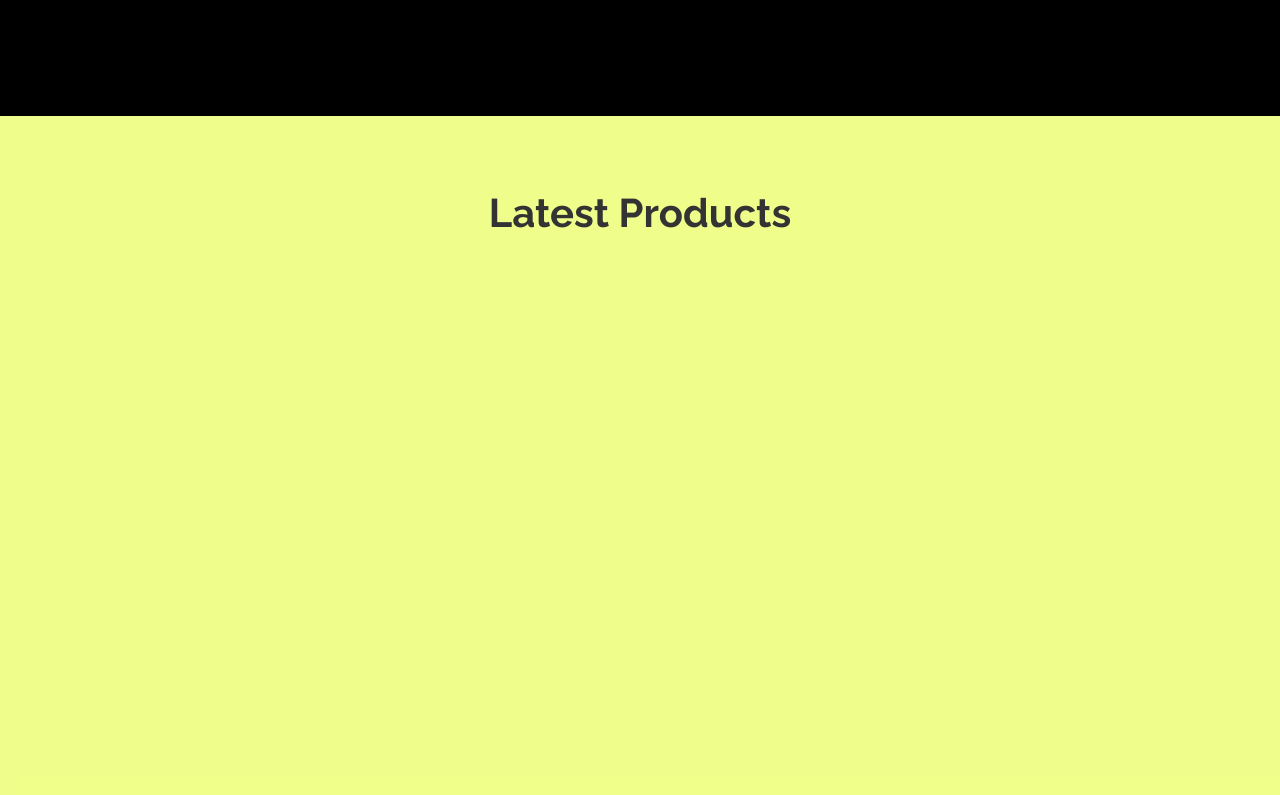
Repository: EphrahimLaanyu123/fashi_onfeet
Page: /
These files come from the project's save history. The page is drawn as it stood at one moment and after the next save; the edit follows.
The browser window is 1280 px wide. The pictures show the part of the page from y = 1416 to 2211 px (the page is 3752 px tall before and 6402 px after).
Pictures or frames that could not be fetched are drawn as grey boxes. The page's requests for data from a server got no answer. Backgrounds fixed to the window are drawn as part of the page. Some web fonts or font styles are not loaded; a fallback is used. The project was rebuilt for these pictures with package versions that can differ from the ones it lists, and the page was loaded fresh each time. No one was signed in, and anything a server would have sent is missing. Also part of the build but not shown: vite.config.js, src/index.css, src/Shop/supabaseClient.js, src/Shop/components/Product.jsx, src/Shop/Shop.jsx, src/Shop/components/AddForm.css, src/Shop/components/AddProductForm.jsx, src/Shop/components/Cart.jsx and 1 more.

Above is the page before, as saved 2025-04-26 16:00:24.

### src/main.jsx
import { StrictMode } from 'react'
import { createRoot } from 'react-dom/client'
import './index.css'
import App from './App.jsx'
import 'slick-carousel/slick/slick.css';
import 'slick-carousel/slick/slick-theme.css';


createRoot(document.getElementById('root')).render(
  <StrictMode>
    <App />
  </StrictMode>,
)

### src/App.jsx
// src/App.js
import React from 'react';
import { BrowserRouter as Router, Routes, Route } from 'react-router-dom';
import './App.css';

import Home from './Home/Home';
import Products from './Home/components/Products';
import Shop from './Shop/Shop';
import AddForm from './Shop/components/AddProductForm';
import Cart from './Shop/components/Cart';
import Auth from './Auth/Auth';
import Fashi from './Home/Fashi';

function App() {
  return (
    <Router>
      <div className="App">
        <Routes>
          <Route path="/" element={<Fashi />} />
          <Route path="/auth" element={<Auth />} />
          <Route path="/shop" element={<Shop />} />
          <Route path="/add" element={<AddForm />} />
          <Route path="/cart" element={<Cart/>} />
          {/* 404 fallback */}
        </Routes>
      </div>
    </Router>
  );
}

export default App;

### src/App.css
/* index.css or main.css */
body, html {
    margin: 0;
    padding: 0;
  }

### src/Home/Home.jsx
import React from "react";
import "./Home.css"; // Import the CSS file
import Navbar from "../Navbar";

const Home = () => {
  return (
    <div className="home-container">
      <Navbar></Navbar>
      <div className="unique-container">
        <div className="image-wrapper-1">
          <div className="image-wrapper-text">
          <h1>Elevate Your Style</h1>
          <h2>FashionFeet is Your Gateway to Exclusive Kicks</h2>
          <button></button>
          </div>
        </div>
        <div className="image-wrapper-2">
        </div>
      </div>
    </div>
  );
};

export default Home;

### src/Home/components/Products.jsx
import { useEffect, useState } from 'react';
import { createClient } from '@supabase/supabase-js';
import Slider from 'react-slick';
import './Products.css';
import FadeSection from './FadeSection';

const supabaseUrl = import.meta.env.VITE_SUPABASE_URL;
const supabaseKey = import.meta.env.VITE_SUPABASE_ANON_KEY;
const supabase = createClient(supabaseUrl, supabaseKey);

const Products = () => {
  const [products, setProducts] = useState([]);
  const [fadeOpacity, setFadeOpacity] = useState(0); // Start with 0 opacity
  const [isVisible, setIsVisible] = useState(false);

  useEffect(() => {
    const fetchLatestProducts = async () => {
      const { data, error } = await supabase
        .from('products')
        .select('id, name, description, price, product_images(image_path)')
        .order('created_at', { ascending: false })
        .limit(6);

      if (error) {
        console.error('Error fetching products:', error.message);
      } else {
        setProducts(data);
      }
    };

    fetchLatestProducts();
  }, []);

  useEffect(() => {
    const handleScroll = () => {
      const scrollY = window.scrollY;
      const fadeStart = 200; // Adjust when the fade effect starts
      const fadeEnd = 500;   // Adjust when the fade effect fully ends
      const opacity = Math.min(1, Math.max(0, (scrollY - fadeStart) / (fadeEnd - fadeStart)));
      setFadeOpacity(opacity);

      // Determine if the fade content is in full view
      const fadeSection = document.querySelector('.fade-section');
      if (fadeSection) {
        const rect = fadeSection.getBoundingClientRect();
        setIsVisible(rect.top <= window.innerHeight && rect.bottom >= 0);
      }
    };

    window.addEventListener('scroll', handleScroll);
    return () => window.removeEventListener('scroll', handleScroll);
  }, []);

  const settings = {
    dots: false,
    infinite: true,
    speed: 500,
    slidesToShow: 3,
    slidesToScroll: 1,
    responsive: [
      { breakpoint: 1024, settings: { slidesToShow: 2 } },
      { breakpoint: 768, settings: { slidesToShow: 1 } },
    ],
  };

  return (
    <div className="products-wrapper">
      <h2 className="products-title">Latest Products</h2>
      <Slider {...settings} className="slider">
        {products.map((product) => (
          <div key={product.id} className="product-card-home">
            <img
              src={
                product.product_images?.[0]
                  ? `${supabaseUrl}/storage/v1/object/public/product-images/${product.product_images[0].image_path}`
                  : 'https://via.placeholder.com/300'
              }
              alt={product.name}
              className="product-image"
            />
            <div className="product-info">
              <h3 className="product-name">{product.name}</h3>
              <p className="product-description">{product.description}</p>
              <p className="product-price">Ksh {product.price}</p>
            </div>
          </div>
        ))}
      </Slider>
      <FadeSection></FadeSection>

    </div>
  );
};

export default Products;

### src/Home/Fashi.jsx
import React from 'react'
import Home from './Home'
import Products from './components/Products'
import ParallaxSection from './components/ParallaxSection'
import Footer from '../Footer'

const Fashi = () => {
  return (
    <div>
      <Home></Home>
      <Products></Products>
      <ParallaxSection></ParallaxSection>
      <Footer></Footer>

    </div>
  )
}

export default Fashi

### src/Home/Home.css
@import url('https://fonts.googleapis.com/css2?family=Oranienbaum&display=swap');


.home-container {
  display: flex;
  flex-direction: column;
  align-items: center;
  justify-content: center;
  min-height: 100vh;
  background-color: #000000;
  padding: 20px;
  overflow-x: hidden;
}

.home-title {
  font-size: 2rem;
  font-weight: bold;
  text-align: center;
  margin-bottom: 20px;
}

.unique-container {
  width: 100vw;
  display: flex;
  justify-content: center;
  padding-top: 6rem;
  padding-bottom: 6rem;
}


.image-wrapper-1 {
  display: flex;
  flex-direction: column;
  width: 65%;
  height: 1300px;
  background-image: url('https://static.wixstatic.com/media/bc439c_81f0e108fef742289cca2a608af8d3c1~mv2.jpg');
  background-size: cover;
  background-position: center;
  background-attachment: fixed;
  background-repeat: no-repeat;
}

.image-wrapper-2 {
  display: flex;
  justify-content: center;
  align-items: center;
  width: 35%;
  height: 1300px;
  background-image: url('https://static.wixstatic.com/media/bc439c_01f9dcb9288c449084b2625be71b7a54~mv2.jpg');
  background-size: contain;
  background-position: center;
  background-attachment: fixed;
}

@media (max-width: 768px) {
  .image-container {
    flex-direction: column;
    align-items: center;
  }

  .image-wrapper-1,
  .image-wrapper-2 {
    width: 80%;
    max-width: 100%;
    background-attachment: scroll; /* Ensure no parallax on small screens */
  }
}

.image-wrapper-text {
  display: flex;
  flex-direction: column;
  padding: 2rem;
}


.image-wrapper-1 h1 {
  font-size: 10rem;
  color: white;
  text-shadow: 2px 2px 8px rgba(255, 255, 255, 0.3);
  text-align: left;
  font-family: "Oranienbaum", serif;

}

.image-wrapper-1 h2 {
  font-size: 2rem;
  color: #f0eaea;
  text-shadow: 1px 1px 6px rgba(255, 255, 255, 0.2);
  text-align: left;
  max-width: 80%;
}

### src/Navbar.jsx
import React from 'react'
import './Navbar.css'

const Navbar = () => {
  return (
    <nav className="navbar">
      <div className="navbar-left">fashi_<span>onfeet</span></div>

      <div className="navbar-center">
        <a href="/" className="nav-link">Home</a>
        <a href="/shop" className="nav-link">Shop</a>
      </div>

      <div className="navbar-right">
        <a href="/cart" className="cart-icon">🛒</a>
      </div>
    </nav>
  )
}

export default Navbar

### src/Home/components/Products.css
.products-wrapper {
  padding: 40px 20px;
  background-color: #EFFE8A;
  font-family: "Raleway", sans-serif;
  overflow-x: hidden;
  position: relative; /* Needed for absolute positioning of children if necessary */
}

.products-title {
  text-align: center;
  font-size: 2.5rem;
  font-weight: bold;
  margin-bottom: 40px;
  color: #333;
}
.slider {
  display: flex;
  gap: 60px;
  height: 500px; /* Set fixed height */
  align-items: center; /* Ensure slides are vertically centered */
  overflow: hidden; /* prevents content inside from leaking out */

}

.slick-slide {
  display: flex;
  justify-content: center;
  padding: 0 10px; /* Optional: Add space around each slide */
}

.product-card-home {
  background-color: #F7FFC5;
  overflow: hidden;
  transition: box-shadow 0.3s ease;
  height: 450px;
  width: 100%; /* Ensure each card takes full width of its slide */
  display: flex;
  flex-direction: column;
  border: 2px solid black; /* Add a 2px solid black border */
  box-sizing: border-box; /* Ensures border doesn't affect the overall size of the card */
}


.product-card-home:hover {
  box-shadow: 0 4px 20px rgba(0, 0, 0, 0.2);
}

.product-image {
  width: 100%;
  height: 65%; /* Increase image height to cover most of the card */
  object-fit: cover;
}

.product-info {
  padding: 16px;
  font-size: 1rem; /* Adjust font size to be smaller for better balance */
  flex-grow: 1; /* Ensure the product info takes the remaining space */
  display: flex;
  flex-direction: column;
  justify-content: flex-end; /* Align the text towards the bottom */
}

.product-name {
  font-size: 1.3rem; /* Adjust font size for better balance */
  margin: 0 0 8px;
  color: #333;
}

.product-description {
  font-size: 1rem;
  color: #666;
}

.product-price {
  font-weight: bold;
  font-size: 1.5rem; /* Adjust font size */
  color: #000;
}

/* Slick Carousel styling */
.slick-slide {
  display: flex;
  justify-content: center;
  padding: 0 10px; /* Adding horizontal padding for spacing between cards */
}

.slick-prev, .slick-next {
  z-index: 1;
}


/* Responsive design */
@media (max-width: 1024px) {
  .products-wrapper {
    padding: 20px;
  }
}

@media (max-width: 768px) {
  .products-wrapper {
    padding: 10px;
  }
}

### src/Home/components/FadeSection.jsx
import { useEffect, useState, useRef } from 'react';
import './FadeSection.css';

const FadeSection = () => {
  const [isVisible, setIsVisible] = useState(false);
  const [scrollProgress, setScrollProgress] = useState(0);
  const sectionRef = useRef(null);

  useEffect(() => {
    const handleScroll = () => {
      if (!sectionRef.current) return;

      const sectionTop = sectionRef.current.getBoundingClientRect().top;
      const windowHeight = window.innerHeight;

      const visibility = Math.max(0, Math.min(1, 1 - sectionTop / windowHeight));
      setScrollProgress(visibility);
      setIsVisible(visibility > 0.1);
    };

    window.addEventListener('scroll', handleScroll);
    handleScroll();

    return () => window.removeEventListener('scroll', handleScroll);
  }, []);

  return (
    <div
      ref={sectionRef}
      className="fade-section"
      style={{
        backgroundColor: `rgba(239, 254, 138, ${scrollProgress})`,
      }}
    >
      <div
        className={`fade-content ${isVisible ? 'visible' : ''}`}
        style={{
          opacity: scrollProgress,
          transform: `translateY(${(1 - scrollProgress) * 50}px)`,
        }}
      >
        <div className="image-background-wrapper">
          <img
            src="https://static.wixstatic.com/media/bc439c_cb372cc97203439cba9f64c8f15cf5c3~mv2.jpg"
            alt="Background"
            className="background-img"
          />
          <div className="overlay" />
          <div className="overlay-content">
            <p>Discover a wide variety of items tailored just for you.</p>
            <button className="explore-button">View All Products</button>
          </div>
        </div>
      </div>
    </div>
  );
};

export default FadeSection;

### src/Shop/components/Cart.css
.cart-container {
    padding: 20px;
    font-family: Arial, sans-serif;
  }

  h2 {
    margin-bottom: 20px;
  }

  .cart-items {
    display: flex;
    flex-direction: column;
    gap: 20px;
  }

  .cart-item {
    display: flex;
    gap: 20px;
    border: 1px solid #ddd;
    padding: 10px;
    border-radius: 8px;
  }

  .cart-item-image {
    width: 100px;
    height: 100px;
    object-fit: cover;
  }

  .cart-item-details {
    flex: 1;
  }

  .cart-total {
    margin-top: 30px;
    font-size: 18px;
    font-weight: bold;
  }

  .checkout-btn {
    margin-top: 10px;
    padding: 10px 20px;
    background-color: #2196f3;
    color: white;
    border: none;
    border-radius: 5px;
    cursor: pointer;
  }

  .checkout-btn:hover {
    background-color: #1976d2;
  }

### src/Home/components/ParallaxSection.jsx
import { useEffect, useRef } from 'react';
import './ParallaxSection.css';

function ParallaxSection() {
  const leftImageRef = useRef(null);
  const rightImageRef = useRef(null);

  useEffect(() => {
    const handleScroll = () => {
      const scrollPosition = window.scrollY;
      const sectionOffset = leftImageRef.current?.getBoundingClientRect().top + window.scrollY || 0;

      // Only apply parallax effect when the section is in view
      if (leftImageRef.current && rightImageRef.current) {
        const relativeScroll = Math.max(0, scrollPosition - sectionOffset);
        leftImageRef.current.style.transform = `translateY(${relativeScroll * 0.2}px)`;
        rightImageRef.current.style.transform = `translateY(${relativeScroll * 0.4}px)`;
      }
    };

    window.addEventListener('scroll', handleScroll);

    return () => {
      window.removeEventListener('scroll', handleScroll);
    };
  }, []);

  return (
    <div className="parallax-container">
      <div className="parallax-section">
      <div className="image-container left">
  <div className="parallax-wrapper">
    <div
      className="parallax-image"
      ref={leftImageRef}
      style={{ backgroundImage: 'url("https://static.wixstatic.com/media/bc439c_cb372cc97203439cba9f64c8f15cf5c3~mv2.jpg")' }}
    />
    <div className="parallax-text top">Inspiring Innovation</div>
  </div>
</div>

<div className="image-container right">
  <div className="parallax-wrapper">
    <div
      className="parallax-image"
      ref={rightImageRef}
      style={{ backgroundImage: 'url("https://static.wixstatic.com/media/bc439c_f673244f98014114a7e469d7769acfa2~mv2.jpg")' }}
    />
    <div className="parallax-text bottom">Crafted With Passion</div>
  </div>
</div>

      </div>



      <div className="scroll-indicator">
        <span></span>
      </div>


    </div>
  );
}

export default ParallaxSection;

### src/Footer.jsx
import React from 'react'
import "./Footer.css"

const Footer = () => {
  return (
    <div className='footer'>
      <div className="footer-container"> {/* New wrapper */}
        <section className="footer-left">
          <ul className="links">
            <li>Privacy Policy</li>
            <li>Accessibility Statement</li>
            <li>Shipping Policy</li>
            <li>Terms & Conditions</li>
            <li>Refund Policy</li>
          </ul>
        </section>

        <section className="footer-right">
          <p>Stay connected with us</p>
          <p>0712345678</p>
          <p>fashionfeet.com</p>
          <p>Nairobi, Kenya</p>
          <ul className="socials">
            {/* Social icons can go here */}
          </ul>
        </section>
      </div>
      <section className="footer-bottom">
        <p>Fashionfeet</p>
      </section>
    </div>
  )
}

export default Footer

### src/Navbar.css
.navbar {
  position: fixed;
  top: 0;
  left: 0;
  width: 100%;
  z-index: 1000; /* Make sure it stays on top */
  display: flex;
  justify-content: space-between;
  align-items: center;
  background-color: #000;
  color: white;
  padding: 0.75rem 1.5rem;
  font-family: sans-serif;
  box-shadow: 0 2px 5px rgba(0, 0, 0, 0.3); /* Optional: adds shadow for separation */
}


  .navbar-left {
    font-weight: bold;
    font-size: 1.2rem;
  }

  .navbar-left span {
    color: #fff;
  }

  .navbar-center {
    display: flex;
    gap: 2rem;
  }

  .nav-link {
    color: white;
    text-decoration: none;
    font-size: 1rem;
  }

  .nav-link:hover {
    text-decoration: underline;
  }

  .navbar-right .cart-icon {
    font-size: 1.3rem;
    text-decoration: none;
    color: white;
  }

  .cart-icon:hover {
    opacity: 0.8;
  }

### src/Home/components/FadeSection.css
.fade-section {
    width: 100vw;
    display: flex;
    align-items: center;
    justify-content: center;
    transition: background-color 0.4s ease-out;
  }

  .fade-content {
    padding: 0;
    text-align: center;
    max-width: 95%;
    height: 400px;
    margin: 0 auto;
    opacity: 0;
    transform: translateY(50px);
    transition: opacity 0.5s ease, transform 0.5s ease;
    width: 100%; /* Full width for content */
  }

  .fade-content.visible {
    opacity: 1;
    transform: translateY(0);
  }

  .image-background-wrapper {
    position: relative;
    width: 100%;
    height: 100%;
    overflow: hidden;
    box-shadow: 0 10px 30px rgba(0, 0, 0, 0.05);
    border: 2px solid black;
  }

  .background-img {
    position: absolute;
    top: 0;
    left: 0;
    width: 100%;
    height: 100%;
    object-fit: cover;
    z-index: 1;
  }

  .overlay {
    position: absolute;
    top: 0; left: 0;
    width: 100%;
    height: 100%;
    background: rgba(0, 0, 0, 0.4); /* Optional dark overlay */
    z-index: 2;
  }

  .overlay-content {
    position: relative;
    z-index: 3;
    height: 100%;
    display: flex;
    flex-direction: column;
    justify-content: center;
    align-items: center;
    color: white;
    padding: 2rem;
  }

  .overlay-content p {
    font-size: 1.5rem;
    margin-bottom: 1.5rem;
    line-height: 1.6;
    text-align: center;
  }

  .explore-button {
    background-color: white;
    color: #333;
    border: 2px solid #333;
    padding: 12px 24px;
    font-size: 1rem;
    font-weight: 600;
    cursor: pointer;
    transition: all 0.3s ease;
    border-radius: 6px;
  }

  .explore-button:hover {
    background-color: #333;
    color: white;
  }

  @media (max-width: 768px) {
    .overlay-content {
      padding: 1.5rem;
    }

    .overlay-content p {
      font-size: 1rem;
    }
  }

### src/Home/components/ParallaxSection.css
html {
    scroll-behavior: smooth;
  }

  .parallax-container {
    width: 100%;
    position: relative;
    margin-top: 50px;
    overflow-x: hidden;
  }

  .parallax-section {
    display: flex;
    height: 100vh;
    width: 100vw;
    position: relative;
    overflow: hidden;
  }

  .image-container {
    width: 50%;
    height: 100%;
    overflow: hidden;
    position: relative;
  }

  .left {
    left: 0;
  }

  .right {
    right: 0;
  }

  .parallax-image {
    width: 100%;
    height: 120%;
    background-size: cover;
    background-position: center;
    position: absolute;
    top: 0;
    will-change: transform;
  }

  .content-section {
    height: 100vh;
    display: flex;
    flex-direction: column;
    justify-content: center;
    align-items: center;
    position: absolute;
    top: 0;
    left: 0;
    width: 100%;
    background: rgba(0, 0, 0, 0.3);
    color: #fff;
    text-align: center;
    z-index: 1;
  }

  .content-section h1 {
    font-size: 4rem;
    margin-bottom: 0.5rem;
    font-weight: 700;
    letter-spacing: -0.03em;
    text-shadow: 0 2px 10px rgba(0, 0, 0, 0.3);
  }

  .content-section p {
    font-size: 1.5rem;
    font-weight: 300;
    max-width: 600px;
    line-height: 1.4;
    margin: 0 auto;
    padding: 0 20px;
    text-shadow: 0 1px 5px rgba(0, 0, 0, 0.5);
  }

  .scroll-indicator {
    position: absolute;
    bottom: 40px;
    left: 50%;
    transform: translateX(-50%);
    height: 50px;
    width: 30px;
    display: flex;
    justify-content: center;
    z-index: 10;
  }

  .scroll-indicator span {
    width: 8px;
    height: 8px;
    background: #fff;
    border-radius: 50%;
    animation: scrollIndicator 2s infinite;
    opacity: 0.8;
  }

  @keyframes scrollIndicator {
    0% {
      transform: translateY(0);
      opacity: 0.8;
    }
    50% {
      transform: translateY(20px);
      opacity: 0.4;
    }
    100% {
      transform: translateY(0);
      opacity: 0.8;
    }
  }

  .additional-content {
    min-height: 100vh;
    padding: 80px 5%;
    background: #fff;
    position: relative;
    z-index: 2;
  }

  .section {
    max-width: 800px;
    margin: 0 auto 80px;
    padding: 40px;
    border-radius: 8px;
    background: #f8f8f8;
    box-shadow: 0 4px 30px rgba(0, 0, 0, 0.05);
    transition: transform 0.3s ease, box-shadow 0.3s ease;
  }

  .section:hover {
    transform: translateY(-5px);
    box-shadow: 0 8px 40px rgba(0, 0, 0, 0.1);
  }

  .section h2 {
    font-size: 2rem;
    margin-bottom: 20px;
    color: #111;
    font-weight: 600;
    letter-spacing: -0.02em;
  }

  .section p {
    font-size: 1.1rem;
    line-height: 1.6;
    color: #444;
    font-weight: 400;
  }

  @media (max-width: 768px) {
    .parallax-section {
      flex-direction: column;
      height: 200vh;
    }

    .image-container {
      width: 100%;
      height: 50%;
    }

    .content-section h1 {
      font-size: 3rem;
    }

    .content-section p {
      font-size: 1.2rem;
    }

    .section h2 {
      font-size: 1.8rem;
    }

    .section p {
      font-size: 1rem;
    }
  }



  .parallax-wrapper {
    position: relative;
    width: 100%;
    height: 100%;
  }

  .parallax-text {
    position: absolute;
    width: 100%;
    text-align: center;
    color: white;
    font-size: 2rem;
    font-weight: bold;
    text-shadow: 0 2px 10px rgba(0, 0, 0, 0.6);
    padding: 20px;
    z-index: 2;
    pointer-events: none;
  }

  .parallax-text.top {
    top: 0;
  }

  .parallax-text.bottom {
    bottom: 0;
  }

### src/Footer.css
.footer {
    width: 100%;
    background-color: black;
    height: 300px;
  }

  .footer-container {
    display: flex;
    width: 100%;
  }

  .footer-left {
    width: 50%;
    height: 300px;
    display: flex;
    justify-content: flex-end;
    align-items: flex-end;
    color: beige;
  }

  .links {
    display: flex;
    flex-direction: column;
    padding: 6rem;
    padding-right: 10rem;
  }

  .footer-right {
    background-color: #EFFE8A;
    width: 50%;
    padding: 4rem;
  }


.footer-bottom {
    color: aliceblue;
    display: flex;
    justify-content: center;
    align-items: center;
}

Loaded but not shown: index.html (common file); src/Shop/Shop.css (245 lines, source omitted)

After the next save:
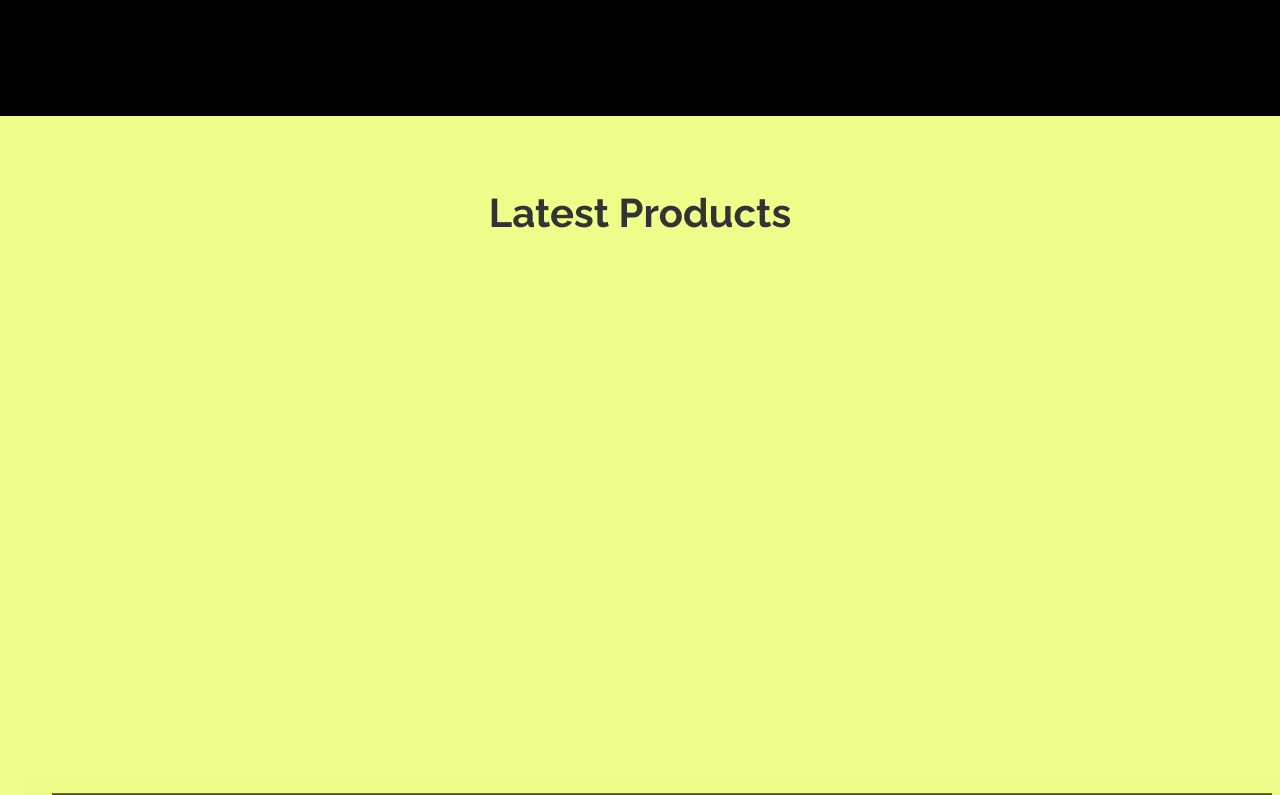
Saved 7 s later.
--- a/src/Footer.css
+++ b/src/Footer.css
@@ -1,7 +1,7 @@
 .footer {
     width: 100%;
     background-color: black;
-    height: 300px;
+    height: 3000px;
   }
 
   .footer-container {
